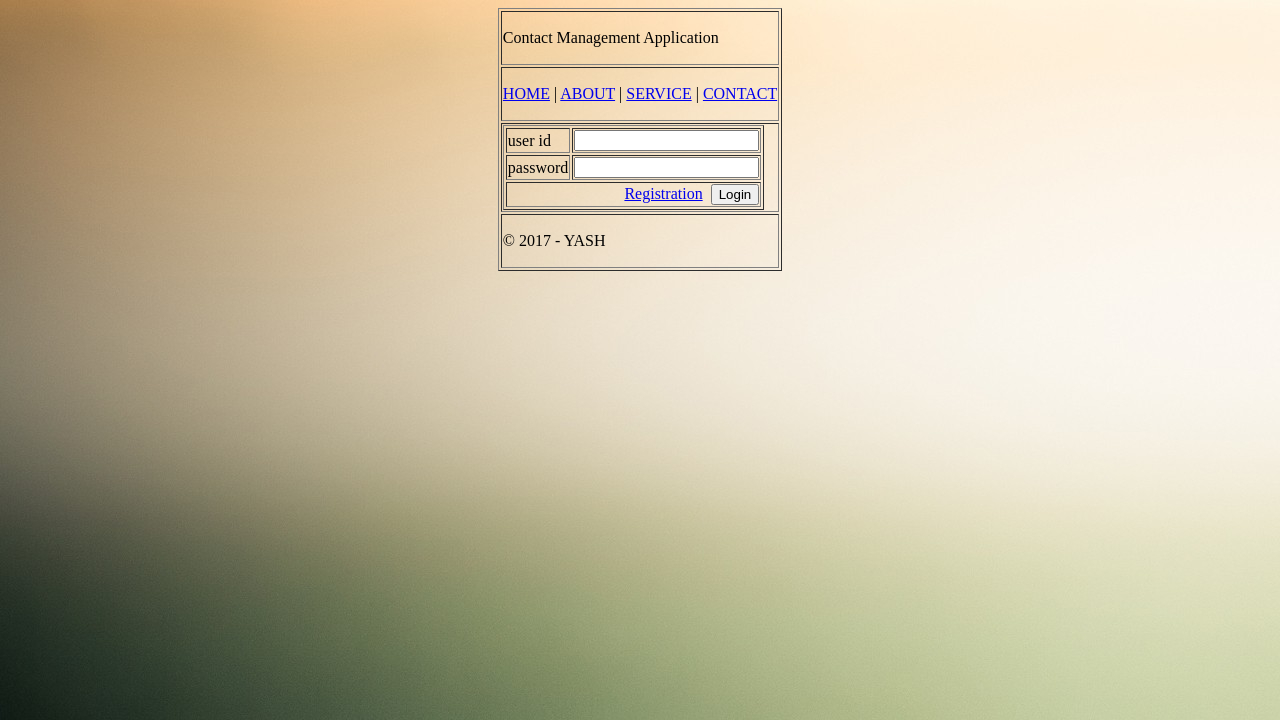
Repository: webutech/Java_Track
Page: http://localhost/MyContactApplication/
The author's editor kept a copy of each file at every save. The page is drawn from the files as they stood at one save, then again after the next save.
The browser window is 1280 px wide. The pictures show the whole page.
The page is served by Tomcat 9. Other server files are loaded and not shown.

Above is the page before, as saved 2017-04-12 05:40:41.

### AdvJavaWS/MyContactApplication/WebContent/index.jsp
<%@ page language="java" contentType="text/html; charset=ISO-8859-1"
    pageEncoding="ISO-8859-1"%>
<!DOCTYPE html PUBLIC "-//W3C//DTD HTML 4.01 Transitional//EN" "http://www.w3.org/TR/html4/loose.dtd">
<html>
<head>
<meta http-equiv="Content-Type" content="text/html; charset=ISO-8859-1">
<title>CMS</title>
</head>
<body background="image/bg.jpg">

<table border="1" style="margin: auto;">
<tr>
	<td>
		<jsp:include page="header.jsp"/>
	</td>
</tr>
<tr>
	<td>
		<jsp:include page="navigation.jsp"/>
	</td>
</tr>
<tr>
	<td>
		<jsp:include page="login.jsp"/>
	</td>
</tr>
<tr>
	<td>
		<jsp:include page="footer.jsp"/>
	</td>
</tr>
</table>

</body>
</html>

### AdvJavaWS/MyContactApplication/WebContent/header.jsp
<p>
	Contact Management Application
</p>

### AdvJavaWS/MyContactApplication/WebContent/navigation.jsp
<p>
	<a href="#">HOME</a> |
	<a href="#">ABOUT</a> |
	<a href="#">SERVICE</a> |
	<a href="#">CONTACT</a>

</p>

### AdvJavaWS/MyContactApplication/WebContent/login.jsp
<form action="loginProcess.jsp" method="post">
	<table border="1">
		<tr>
			<td>user id</td>
			<td><input type="text" name="userid"/></td>
		</tr>

		<tr>
			<td>password</td>
			<td><input type="password" name="password"/></td>
		</tr>
		<tr>

			<td colspan="2" style="text-align: right;"><a href="registration.jsp">Registration</a>&nbsp;&nbsp;<input type="submit" value="Login"/></td>
		</tr>

	</table>

</form>

### AdvJavaWS/MyContactApplication/WebContent/footer.jsp
<p>
	&copy; 2017 - YASH
</p>

After the next save:
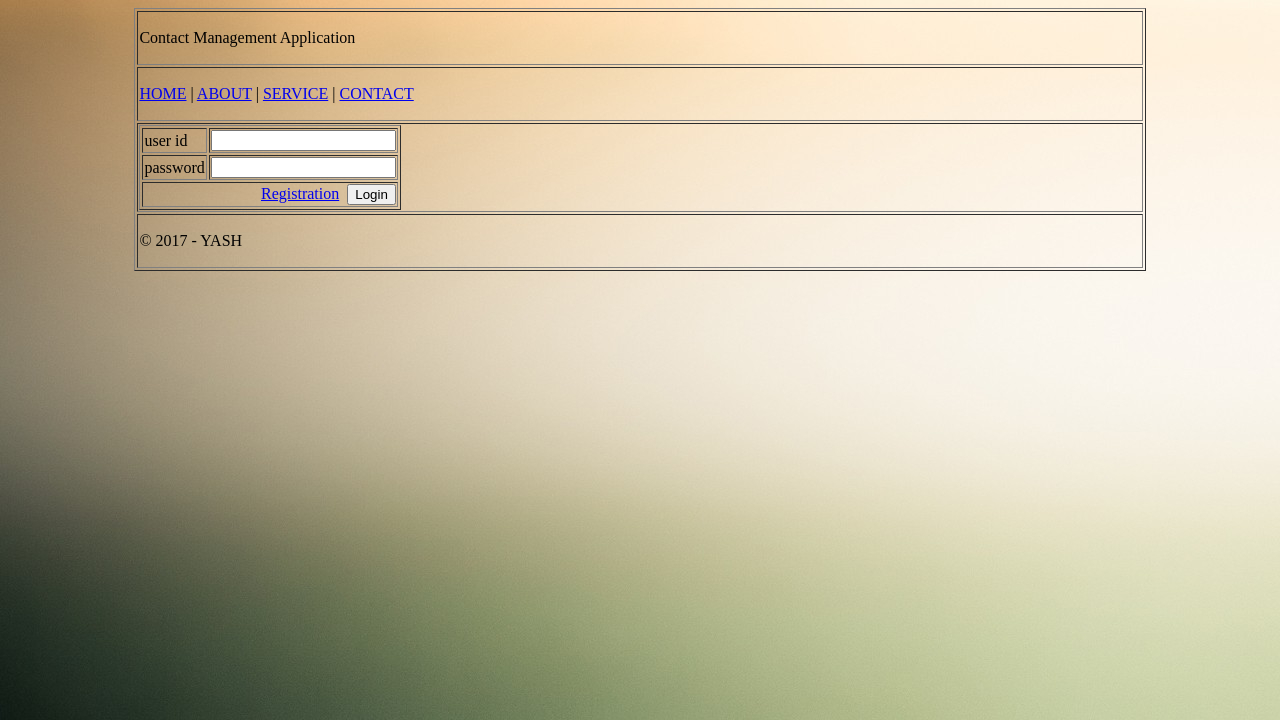
Saved 23 s later.
--- a/AdvJavaWS/MyContactApplication/WebContent/index.jsp
+++ b/AdvJavaWS/MyContactApplication/WebContent/index.jsp
@@ -8,7 +8,7 @@
 </head>
 <body background="image/bg.jpg">
 
-<table border="1" style="margin: auto;">
+<table border="1" style="margin: auto;" width="80%">
 <tr>
 	<td>
 		<jsp:include page="header.jsp"/>
